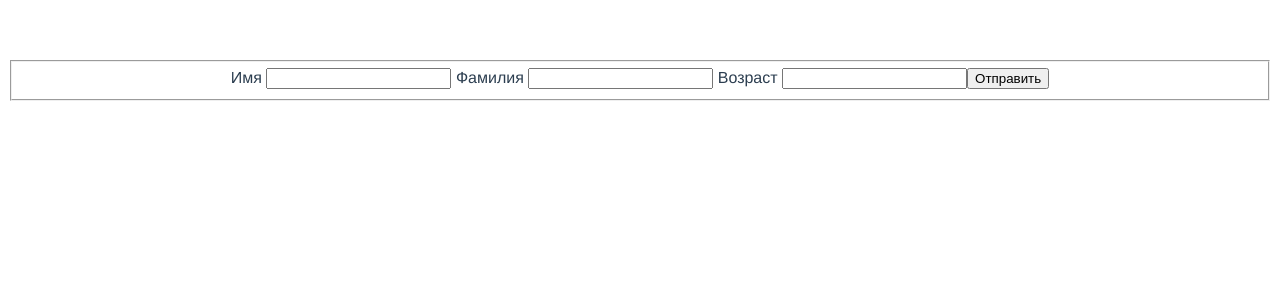
Repository: shum89/test-vue-table
Page: /
The author's editor kept a copy of each file at every save. The page is drawn from the files as they stood at one save, then again after a run of saves.
The browser window is 1280 px wide. The pictures show the whole page.
The project was rebuilt for these pictures with package versions that can differ from the ones it lists, and the page was loaded fresh each time. Also part of the build but not shown: vue.config.js.

Above is the page before, as saved 2021-07-17 16:26:30.

After the next 2 saves:
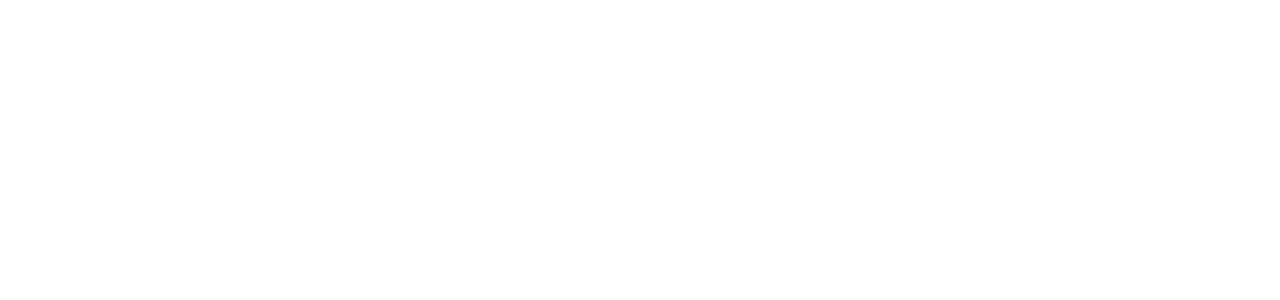
Console error: ReferenceError: firstName is not defined
The 2 saves are shown as one change because they came seconds apart.
The last was saved 26 s later.
--- a/src/App.vue
+++ b/src/App.vue
@@ -43,10 +43,14 @@
     const addData = ({ data }) => {
       const firstName = ref('');
       const lastName = ref('');
+      const phone = ref('');
       list.value.push(data);
     };
     return {
       list,
+      firstName,
+      lastName,
+      phone,
       addData,
     };
   },

After the save that followed:
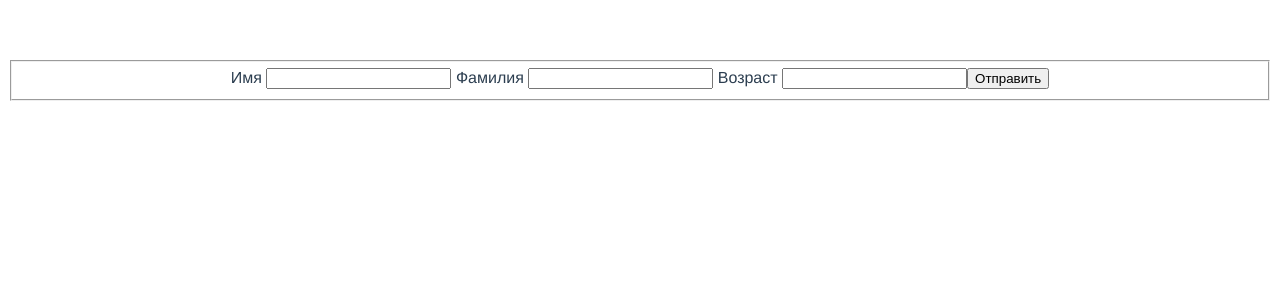
The error is gone.
Saved 8 s later.
--- a/src/App.vue
+++ b/src/App.vue
@@ -40,10 +40,10 @@
 export default {
   setup() {
     const list = ref([]);
+    const firstName = ref('');
+    const lastName = ref('');
+    const phone = ref('');
     const addData = ({ data }) => {
-      const firstName = ref('');
-      const lastName = ref('');
-      const phone = ref('');
       list.value.push(data);
     };
     return {
